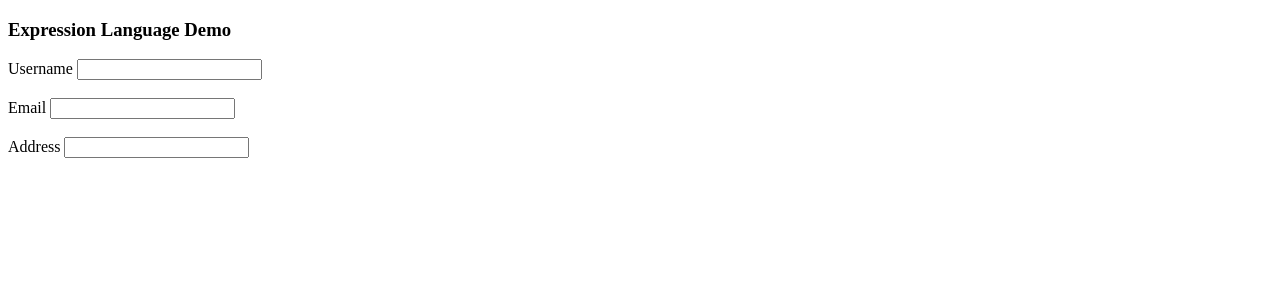
Repository: hnineiphyu-128/JavaEE_Exeercise_Lession
Page: http://localhost/05-EL/
The author's editor kept a copy of each file at every save. The page is drawn from the files as they stood at one save, then again after the next save.
The browser window is 1280 px wide. The pictures show the whole page.
The page is served by Tomcat 9.

Above is the page before, as saved 2020-12-18 09:08:25.

### 05-EL/src/main/webapp/index.jsp
<%@ page language="java" contentType="text/html; charset=ISO-8859-1"
    pageEncoding="ISO-8859-1"%>
<!DOCTYPE html>
<html>
<head>
<meta charset="ISO-8859-1">
<title>Insert title here</title>
</head>
<body>

	<h3>Expression Language Demo</h3>
	<%-- <label>1+2 = ${1+2}</label> --%>

	<form action="" method="">
		<label for="username"> Username </label>
		<input type="text" name="username" id="username" > <br><br>
		<label for="email"> Email </label>
		<input type="email" name="email" id="email" > <br><br>
		<label for="address"> Address </label>
		<input type="text" name="address" id="address" > <br><br>
	</form>

</body>
</html>

After the next save:
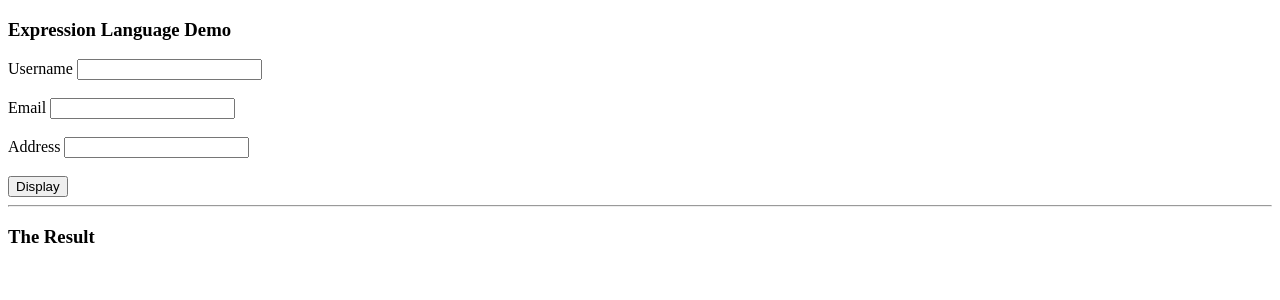
Saved 67 s later.
--- a/05-EL/src/main/webapp/index.jsp
+++ b/05-EL/src/main/webapp/index.jsp
@@ -18,7 +18,14 @@
 		<input type="email" name="email" id="email" > <br><br>
 		<label for="address"> Address </label>
 		<input type="text" name="address" id="address" > <br><br>
+
+		<button type="submit"> Display </button>
 	</form>
+	<hr>
+
+	<h3> The Result </h3>
+
+
 
 </body>
 </html>
